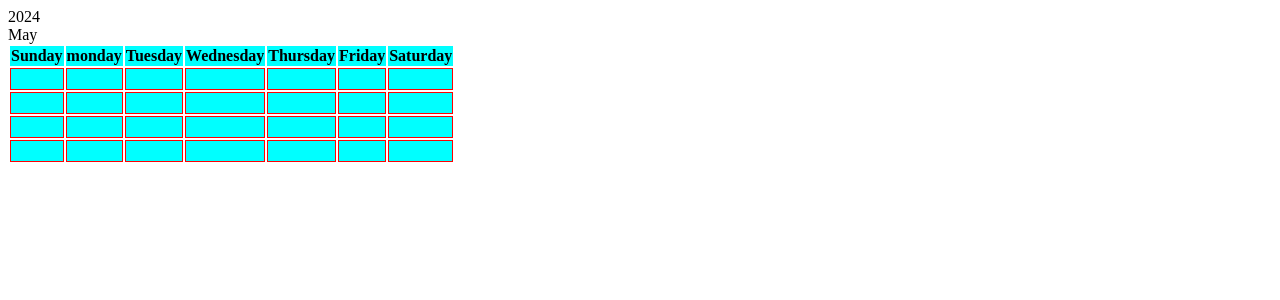
Repository: fateme81yosefi/calendar
Page: index.html
The author's editor kept a copy of each file at every save. The page is drawn from the files as they stood at one save, then again after a run of saves.
The browser window is 1280 px wide. The pictures show the whole page.

Above is the page before, as saved 2024-05-30 14:04:14.
Console error: ReferenceError: weekday is not defined

After the next 4 saves:
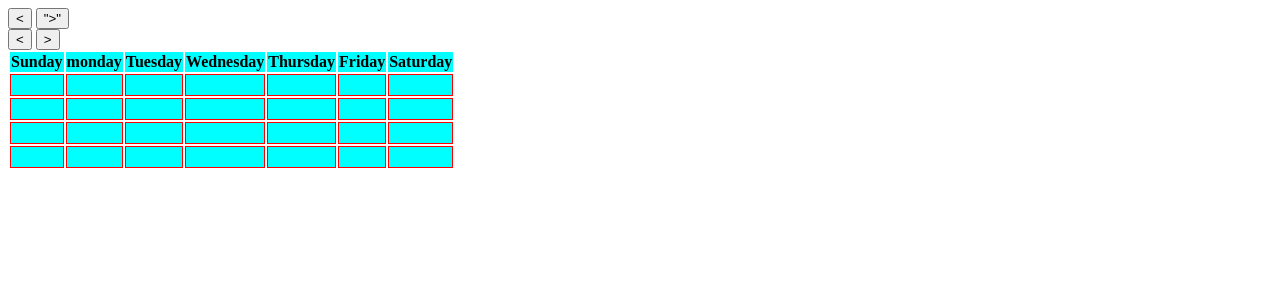
Console error: TypeError: Cannot read properties of undefined (reading 'getElementById')
The 4 saves are shown as one change because they came seconds apart.
The last was saved 44 s later.
--- a/scripts.js
+++ b/scripts.js
@@ -7,7 +7,7 @@
     m = d.getMonth()
     y = d.getFullYear()
     day = d.getDate()
-
+    weekday = d.
 
     document.getElementById("year").innerHTML = y
 

After the save that followed:
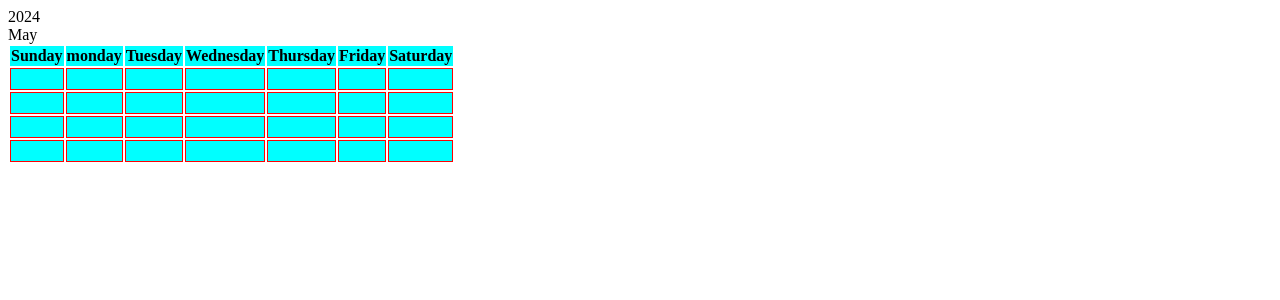
Console error: TypeError: Cannot set properties of null (setting 'innerHTML')
Saved 4 s later.
--- a/scripts.js
+++ b/scripts.js
@@ -7,7 +7,7 @@
     m = d.getMonth()
     y = d.getFullYear()
     day = d.getDate()
-    weekday = d.
+    weekday = d.getDay
 
     document.getElementById("year").innerHTML = y
 
